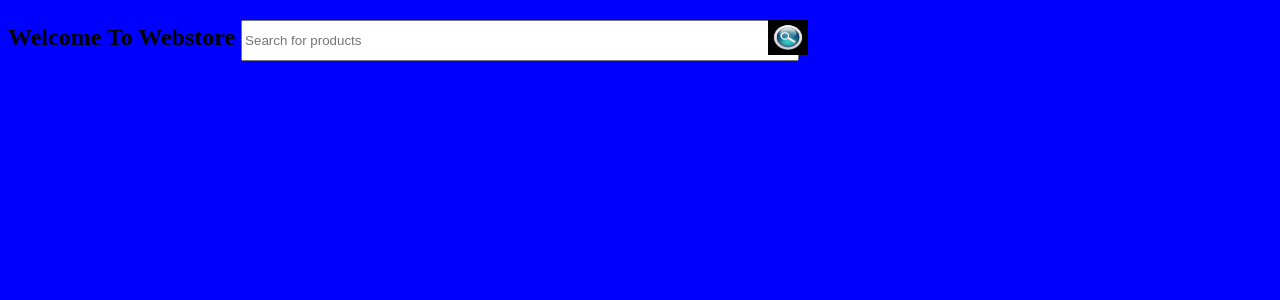
Repository: sourogithub/Final-yr-project-using-j2ee
Page: http://localhost/Webstore/JSP Pages/Front.jsp
The author's editor kept a copy of each file at every save. The page is drawn from the files as they stood at one save, then again after the next save.
The browser window is 1280 px wide. The pictures show the whole page.
The page is served by Tomcat 9.

Above is the page before, as saved 2017-04-11 08:46:24.

### Webstore/WebContent/JSP Pages/Front.jsp
<%@ page language="java" contentType="text/html; charset=ISO-8859-1"
    pageEncoding="ISO-8859-1"%>
<!DOCTYPE html PUBLIC "-//W3C//DTD HTML 4.01 Transitional//EN" "http://www.w3.org/TR/html4/loose.dtd">
<html>
<head>
<meta http-equiv="Content-Type" content="text/html; charset=ISO-8859-1">
<title>Insert title here</title>
</head>
<body style="background-color:blue">
<div id="top"  style="background:blue; height:100px;position:absolute;top:0px;width:1000px">
<h2 >Welcome To Webstore
<input type="text" placeholder="Search for products" required style="border-width:2;width:550px;height:35px">
<a><img src="../images/search-images-17.jpg" height="35px" width="40px" style="position:absolute;right:200px"></a>
</h2>
</div>
</body>
</html>

After the next save:
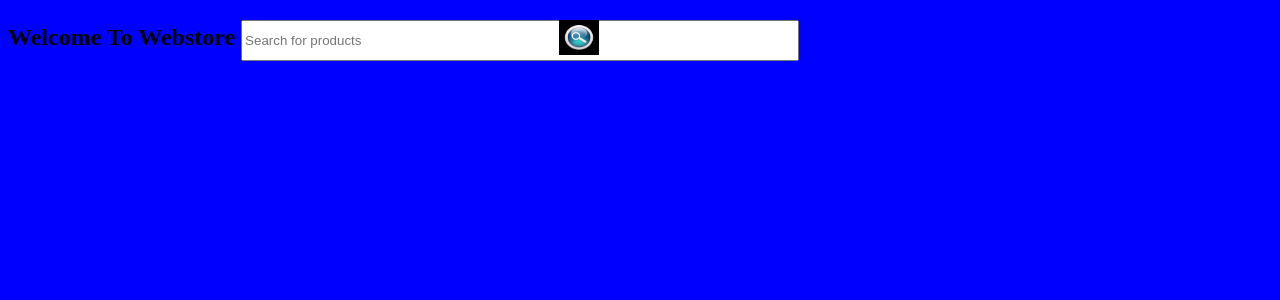
Saved 45 s later.
--- a/Webstore/WebContent/JSP Pages/Front.jsp
+++ b/Webstore/WebContent/JSP Pages/Front.jsp
@@ -7,7 +7,7 @@
 <title>Insert title here</title>
 </head>
 <body style="background-color:blue">
-<div id="top"  style="background:blue; height:100px;position:absolute;top:0px;width:1000px">
+<div id="top"  style="background:blue; height:100px;position:absolute;top:0px">
 <h2 >Welcome To Webstore
 <input type="text" placeholder="Search for products" required style="border-width:2;width:550px;height:35px">
 <a><img src="../images/search-images-17.jpg" height="35px" width="40px" style="position:absolute;right:200px"></a>
